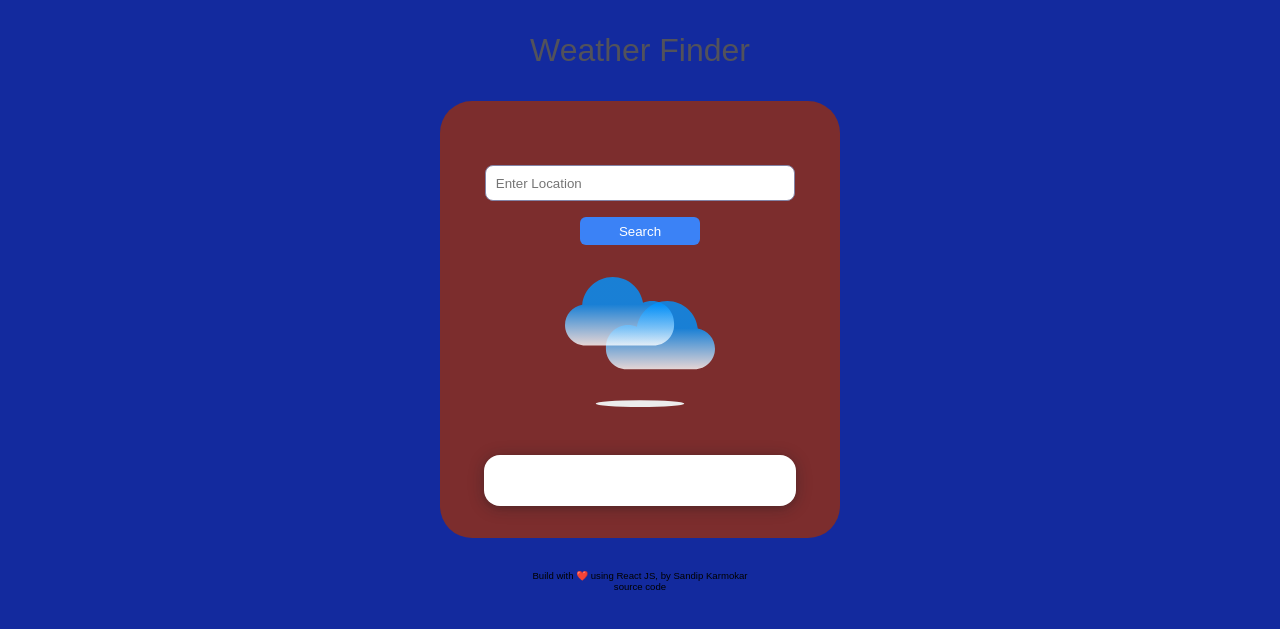
Repository: sandipkarmokar/weather-app
Page: /
An editor plug-in stored every save of this project. The page is shown before and after the next save, followed by the edit.
The browser window is 1280 px wide. The pictures show the whole page.
The project was rebuilt for these pictures with package versions that can differ from the ones it lists, and the page was loaded fresh each time.

Above is the page before, as saved 2022-04-12 18:08:23.

### src/App.js
import { useState, useEffect } from 'react';
import './App.css';
import WeatherForm from './components/WeatherForm';
import WeatherInfoShow from './components/WeatherInfoShow';

function App() {
    const [city, setCity] = useState('');
    const [gotData, setGotData] = useState(false);
    const [weatherData, setWeatherData] = useState([]);
    const [isDay, setIsDay] = useState(false);

    console.log(weatherData);
    const url = `https://api.openweathermap.org/data/2.5/weather?q=${city}&appid=390f3fd7515cacb5596ae4765de92a6d`;

    const fetchData = async (e) => {
        e.preventDefault();
        try {
            const response = await fetch(url);
            const data = await response.json();
            setWeatherData(data);
            setGotData(true);
            const isDay = weatherData?.weather[0].icon?.includes('d');
            setIsDay(isDay);
        } catch (error) {
            console.log(error);
            setGotData(false);
        }
    };

    return (
        <div className="app">
            <div className="heading">
                <p>Weather Finder</p>
            </div>
            <div className="app-container">
                <WeatherForm
                    city={city}
                    setCity={setCity}
                    fetchData={fetchData}
                ></WeatherForm>

                <WeatherInfoShow
                    gotData={gotData}
                    weatherData={weatherData}
                    isDay={isDay}
                ></WeatherInfoShow>
            </div>
            <footer>
                <p>Build with ❤️ using React JS, by Sandip Karmokar</p>
                <p>source code</p>
            </footer>
        </div>
    );
}

export default App;

### src/App.css
* {
    margin: 0;
    padding: 0;
    box-sizing: border-box;
    font-family: Arial, Helvetica, sans-serif;
}

.app {
    background-color: #eeeff4;
    height: 100vh;
}

.app .heading p {
    color: #52525b;
    padding-top: 2rem;
    font-size: 2rem;
    text-align: center;
}

.app .app-container {
    width: 90%;
    margin: 2rem auto;
    background: #ffffff;
    border-radius: 2rem;
    padding: 1rem 0;
}

.app .app-container .weather-form {
    width: 86%;
    margin: 0 auto;
    display: flex;
    flex-direction: column;
}

.app .app-container .weather-form input {
    padding: 0.6rem;
    margin: 1rem auto;
    border: 0.5px solid #8383a5;
    border-radius: 8px;
    width: 90%;
    margin-top: 3rem;
}
.app .app-container .weather-form button {
    width: 35%;
    margin: 0 auto;
    padding: 0.4rem;
    background-color: #3b82f6;
    color: #ffffff;
    border: none;
    border-radius: 6px;
    cursor: pointer;
}
.app .app-container .weather-form img {
    width: 150px;

    margin: 2rem auto;
}

.app .app-container .weather-info-show {
    background-color: #ffffff;
    width: 78%;
    box-shadow: rgba(14, 30, 37, 0.12) 0px 2px 4px 0px,
        rgba(14, 30, 37, 0.32) 0px 2px 16px 0px;
    margin: 1rem auto;
    border-radius: 1rem;
    padding: 1.6rem;
}
.app .app-container .weather-info-show .main-info {
    display: flex;
    justify-content: space-between;
}

.app .app-container .weather-info-show .main-info img {
    width: 50px;
    height: 50px;
}
.app .app-container .weather-info-show .main-info .info .location {
    font-size: 1.4rem;
    color: #52525b;
}
.app .app-container .weather-info-show .main-info .info .data {
    font-size: 0.9rem;
    color: #71717a;
}
.app .app-container .weather-info-show .main-info .info .data .large {
    font-size: 1.4rem;
    color: #52525b;
}

.app .app-container .weather-info-show hr {
    width: 50%;
    margin: 1.6rem auto;
}

.app .app-container .weather-info-show .other-info {
    display: flex;
    flex-direction: column;
}
.app .app-container .weather-info-show .other-info p {
    color: #3f3f46;
}

.app .app-container .weather-info-show .other-info .other-info-data {
    display: grid;

    grid-template-columns: 1fr 1fr;
    grid-template-rows: 1fr 1fr;
    gap: 1rem;
    margin-top: 1rem;
}

.app .app-container .weather-info-show .other-info .other-info-data .item {
    display: flex;
}

.app .app-container .weather-info-show .other-info .other-info-data .item img {
    height: 32px;
    width: 32px;
    margin: 0 0.6rem;
}

.app
    .app-container
    .weather-info-show
    .other-info
    .other-info-data
    .item
    .sub-info {
    display: flex;
    flex-direction: column;
}

.app
    .app-container
    .weather-info-show
    .other-info
    .other-info-data
    .item
    .sub-info
    .data {
    color: #3f3f46;
}
.app
    .app-container
    .weather-info-show
    .other-info
    .other-info-data
    .item
    .sub-info
    .sub-info-title {
    color: #3f3f46;
    font-size: 0.8rem;
}

.app footer p {
    text-align: center;
    font-size: 0.6rem;
}

@media only screen and (min-width: 500px) {
    .app {
        background-color: #132a9e;
    }

    .app .app-container {
        width: 400px;
        margin: 2rem auto;
        background: #7c2d2d;
        border-radius: 2rem;
        padding: 1rem 0;
    }
}

### src/components/WeatherForm.js
import React from 'react';
import mainImage from '../icons/perfect-day.svg';

const WeatherForm = ({ city, setCity, fetchData }) => {
    return (
        <div className="weather-form">
            <input
                type="text"
                placeholder="Enter Location"
                value={city}
                onChange={(e) => setCity(e.target.value)}
            />
            <button onClick={fetchData}>Search</button>
            <img src={mainImage} alt="" />
        </div>
    );
};

export default WeatherForm;

### src/components/WeatherInfoShow.js
import React from 'react';
import imagex from '../icons/cloudy.svg';

import sunset from '../icons/temp.svg';
import sunrise from '../icons/temp.svg';
import humidity from '../icons/humidity.svg';
import wind from '../icons/wind.svg';
import pressure from '../icons/pressure.svg';

const WeatherInfoShow = ({ weatherData, gotData, isDay }) => {
    console.log(weatherData);
    const getTime = (timeStamp) => {
        return `${new Date(timeStamp * 1000).getHours()}:${new Date(
            timeStamp * 1000
        ).getMinutes()}`;
    };
    return (
        <div className="weather-info-show">
            {gotData ? (
                <>
                    <div className="main-info">
                        <div className="info">
                            <div className="location">
                                {weatherData?.name} {weatherData?.sys.country}
                            </div>
                            <div className="data">
                                <span className="large">{`${Math.floor(
                                    weatherData?.main?.temp - 273
                                )}°C`}</span>{' '}
                                | {weatherData?.weather[0].description}
                            </div>
                        </div>
                        <img src={imagex} alt="" />
                    </div>
                    <hr className="line" />
                    <div className="other-info">
                        <p>Other Info</p>
                        <div className="other-info-data">
                            <div className="item">
                                <img src={isDay ? sunset : sunrise} alt="" />
                                <div className="sub-info">
                                    <p className="data">{`${getTime(
                                        weatherData?.sys[
                                            isDay ? 'sunset' : 'sunrise'
                                        ]
                                    )}`}</p>
                                    <p className="sub-info-title">
                                        {isDay ? 'sunset' : 'sunrise'}
                                    </p>
                                </div>
                            </div>
                            <div className="item">
                                <img src={humidity} alt="" />
                                <div className="sub-info">
                                    <p className="data">
                                        {weatherData?.main.humidity}
                                    </p>
                                    <p className="sub-info-title">humidity</p>
                                </div>
                            </div>
                            <div className="item">
                                <img src={wind} alt="" />
                                <div className="sub-info">
                                    <p className="data">
                                        {weatherData?.wind?.speed}
                                    </p>
                                    <p className="sub-info-title">wind</p>
                                </div>
                            </div>
                            <div className="item">
                                <img src={pressure} alt="" />
                                <div className="sub-info">
                                    <p className="data">
                                        {weatherData?.main.pressure}
                                    </p>
                                    <p className="sub-info-title">pressure</p>
                                </div>
                            </div>
                        </div>
                    </div>
                </>
            ) : (
                ''
            )}
        </div>
    );
};

export default WeatherInfoShow;

Loaded but not shown: public/index.html (common file); src/index.js (common file); src/index.css (common file); src/reportWebVitals.js (common file)

After the next save:
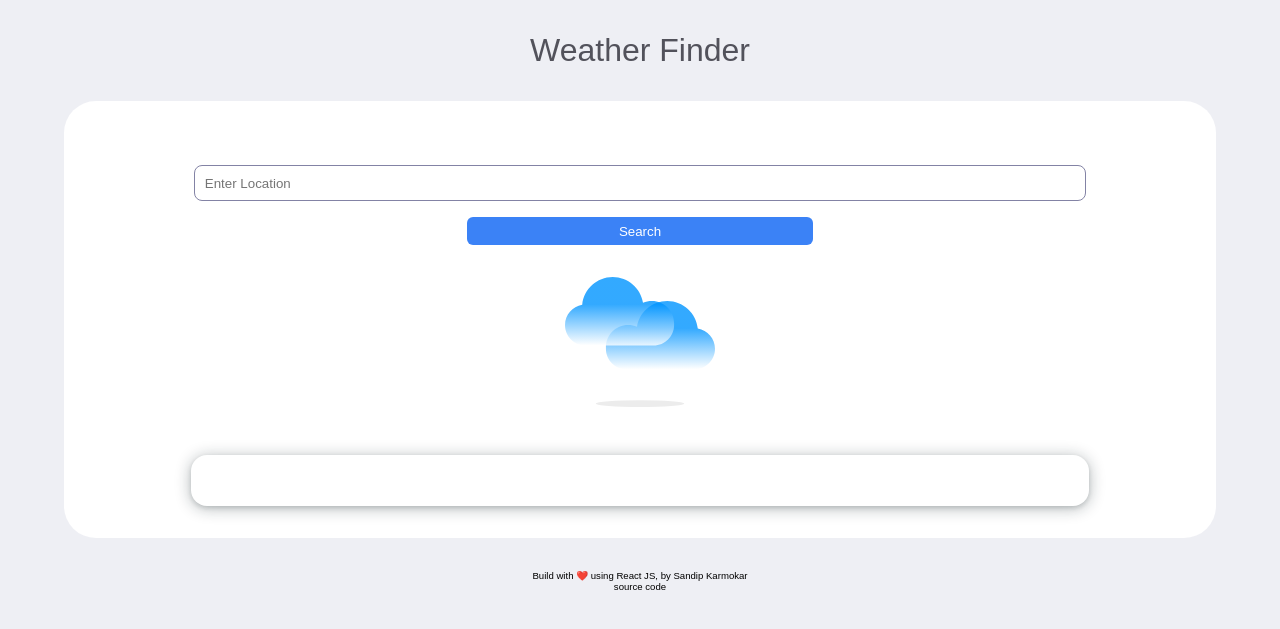
Saved 13 s later.
--- a/src/App.css
+++ b/src/App.css
@@ -159,13 +159,14 @@
 
 @media only screen and (min-width: 500px) {
     .app {
-        background-color: #132a9e;
+        background-color: #eeeff4;
+        height: 100vh;
     }
 
     .app .app-container {
-        width: 400px;
+        width: 90%;
         margin: 2rem auto;
-        background: #7c2d2d;
+        background: #ffffff;
         border-radius: 2rem;
         padding: 1rem 0;
     }
